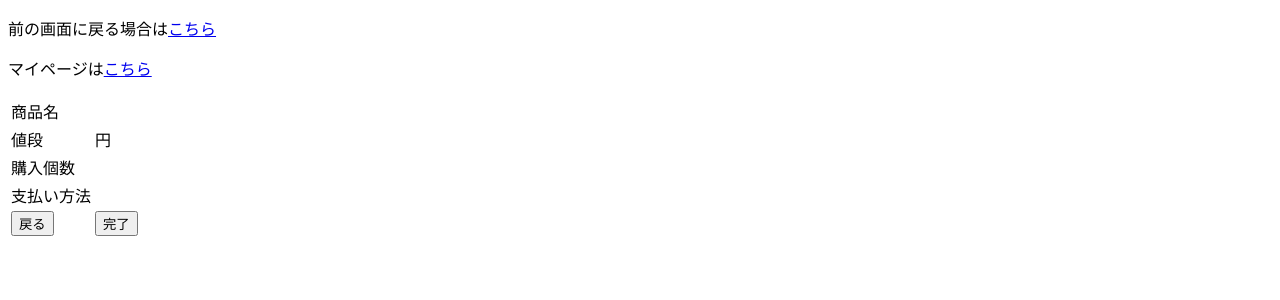
Repository: yuuukihara/test2
Page: http://localhost/myecsite2/buyItemConfirm.jsp
These files come from the project's save history. The page is drawn as it stood at one moment and after the next save; the edit follows.
The browser window is 1280 px wide. The pictures show the whole page.
The page is served by Tomcat 9.

Above is the page before, as saved 2018-09-14 07:13:51.

After the next save:
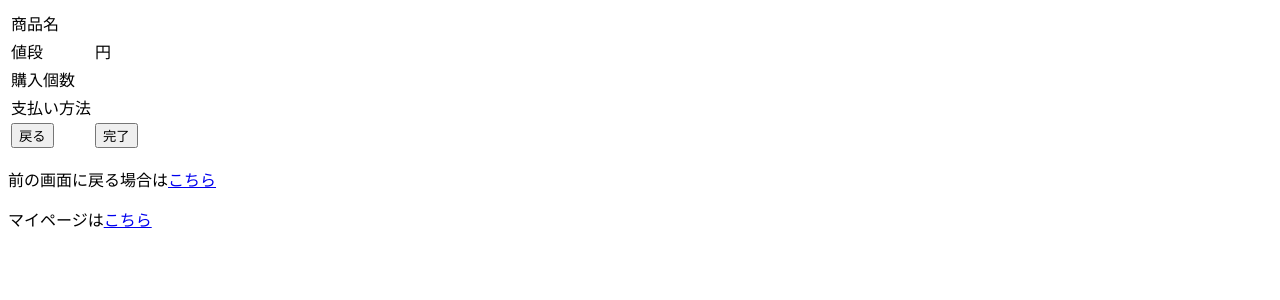
Saved 63 s later.
--- a/myecsite2/WebContent/buyItemConfirm.jsp
+++ b/myecsite2/WebContent/buyItemConfirm.jsp
@@ -37,12 +37,11 @@
 		<td><input type="button" value="完了" onclick="submitAction('BuyItemConfirmAction')"/></td>
 	</tr>
 
-	<div>
-		<p>前の画面に戻る場合は<a href='<s:url action="GoHomeAction"/>'>こちら</a></p>
-		<p>マイページは<a href='<s:url action="MyPageAction"/>'>こちら</a></p>
-	</div>
 
 </s:form>
 
+		<p>前の画面に戻る場合は<a href='<s:url action="GoHomeAction"/>'>こちら</a></p>
+		<p>マイページは<a href='<s:url action="MyPageAction"/>'>こちら</a></p>
+
 </body>
 </html>
